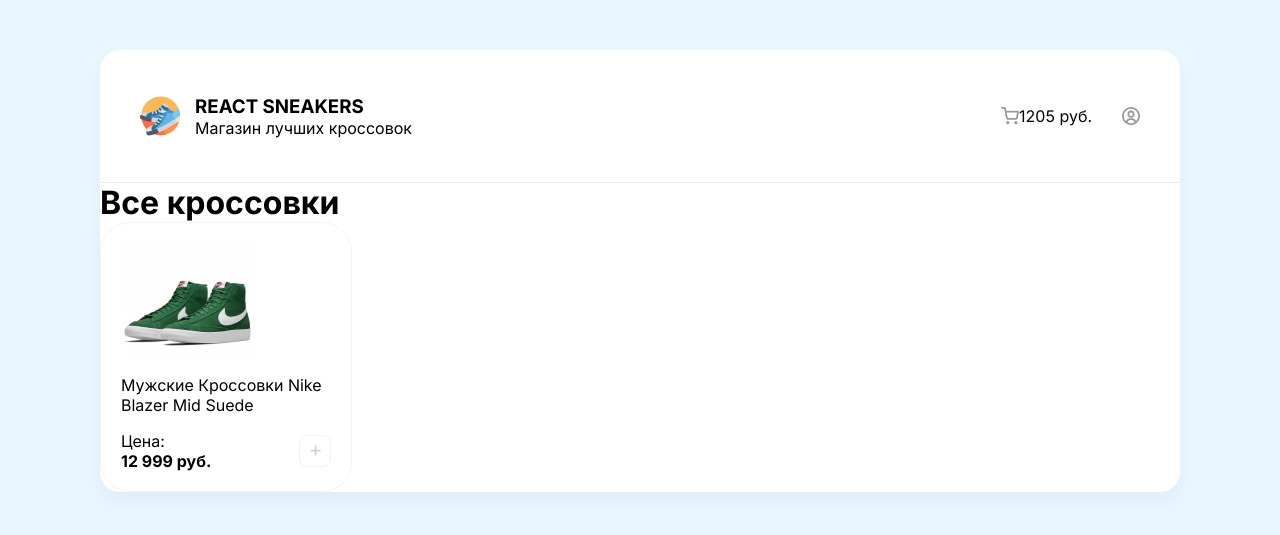
Repository: VaheHarutyunyan/react-sneakers
Page: /
An editor plug-in stored every save of this project. The page is shown before and after the next save, followed by the edit.
The browser window is 1280 px wide. The pictures show the whole page.
The project was rebuilt for these pictures with package versions that can differ from the ones it lists, and the page was loaded fresh each time.

Above is the page before, as saved 2021-07-22 13:44:06.

### public/index.html
<!DOCTYPE html>
<html lang="en">

<head>
  <meta charset="utf-8" />
  <link rel="icon" href="%PUBLIC_URL%/favicon.ico" />
  <meta name="viewport" content="width=device-width, initial-scale=1" />
  <meta name="theme-color" content="#000000" />
  <meta name="description" content="Web site created using create-react-app" />
  <link rel="apple-touch-icon" href="%PUBLIC_URL%/logo192.png" />
  <!--
      manifest.json provides metadata used when your web app is installed on a
      user's mobile device or desktop. See https://developers.google.com/web/fundamentals/web-app-manifest/
    -->
  <link rel="manifest" href="%PUBLIC_URL%/manifest.json" />
  <!--
      Notice the use of %PUBLIC_URL% in the tags above.
      It will be replaced with the URL of the `public` folder during the build.
      Only files inside the `public` folder can be referenced from the HTML.

      Unlike "/favicon.ico" or "favicon.ico", "%PUBLIC_URL%/favicon.ico" will
      work correctly both with client-side routing and a non-root public URL.
      Learn how to configure a non-root public URL by running `npm run build`.
    -->
  <link rel="preconnect" href="https://fonts.googleapis.com">
  <link rel="preconnect" href="https://fonts.gstatic.com" crossorigin>
  <link href="https://fonts.googleapis.com/css2?family=Inter:wght@400;500;600;700;800&display=swap" rel="stylesheet">
  <title>React Sneakers</title>
</head>

<body>
  <noscript>You need to enable JavaScript to run this app.</noscript>
  <div id="root"></div>
  <!--
      This HTML file is a template.
      If you open it directly in the browser, you will see an empty page.

      You can add webfonts, meta tags, or analytics to this file.
      The build step will place the bundled scripts into the <body> tag.

      To begin the development, run `npm start` or `yarn start`.
      To create a production bundle, use `npm run build` or `yarn build`.
    -->
</body>

</html>

### src/index.scss
// @import url('https://fonts.googleapis.com/css2?family=Inter:wght@400;500;600;700;800&display=swap');

body {
  margin: 0;
  font-family:'Inter', system-ui;
  -webkit-font-smoothing: antialiased;
  -moz-osx-font-smoothing: grayscale;
  background: #E7F6FF;
}
*{
  list-style: none;
  text-decoration: none;
}
.wrapper{
  background: #FFFFFF;
  box-shadow: 0px 10px 20px rgba(0, 0, 0, 0.04);
  border-radius: 20px;
  max-width: 1080px;
  margin: 50px auto;
}
header{
  display: flex;
  justify-content: space-between;
  align-items: center;
  padding: 40px;
  border-bottom: 1px solid #EAEAEA;

  .headerLeft{
    display: flex;
    align-items: center;

    img{
      margin-right: 15px;
    }
    h3,p{
      margin: 0;
    }
    .headerInfo{
      h3{
        text-transform: uppercase;
      }
    }
  }
  .headerRight{
    display: flex;
    li{
      display: flex;
      align-items: center;
    }
    .chart{
      margin-right: 30px;
    }
  }
}
.content{
  h1{
    margin: 0;
  }
}

.card{
  border:1px solid #f3f3f3;
  padding: 20px;
  width: 210px;
  border-radius: 30px;
  .cardBottom{
    display: flex;
    justify-content: space-between;
    align-items: center;
    .cardBottomPrice{
      display: flex;
      flex-direction: column;
    }
    .button{
      background: #FFFFFF;
      border: 1px solid #F2F2F2;
      box-sizing: border-box;
      border-radius: 8px;
      width: 32px;
      height: 32px;
      cursor:pointer;
    }

  }
}

### src/App.js

function App() {
  return (
    <div className="wrapper">
      <header>
        <div className="headerLeft">
          <img width="40" height="40" src="/img/logo.png" alt="logo" />
          <div className="headerInfo">
            <h3>REACT SNEAKERS</h3>
            <p>Магазин лучших кроссовок</p>
          </div>
        </div>
        <ul className="headerRight">
          <li className="chart">
            <img src="/img/cart.svg" width={18} height={18} alt="" />
            <span>1205 руб.</span>
          </li>
          <li>
            <img src="/img/user.svg" width={18} height={18} alt="" />
          </li>
        </ul>
      </header>
      <div className="content">
        <h1>Все кроссовки</h1>
        <div className="card">
          <img src="img/1.jpg" width={133} height={112} alt="" />
          <p>Мужские Кроссовки Nike Blazer Mid Suede</p>
          <div className="cardBottom">
            <div className="cardBottomPrice">
              <span>Цена:</span>
              <b>12 999 руб.</b>
            </div>
            <button className="button">
              <img src="/img/plus.svg" alt="" height={11} width={11} />
            </button>
          </div>
        </div>
      </div>
    </div>
  );
}

export default App;

Loaded but not shown: src/index.js (common file)

After the next save:
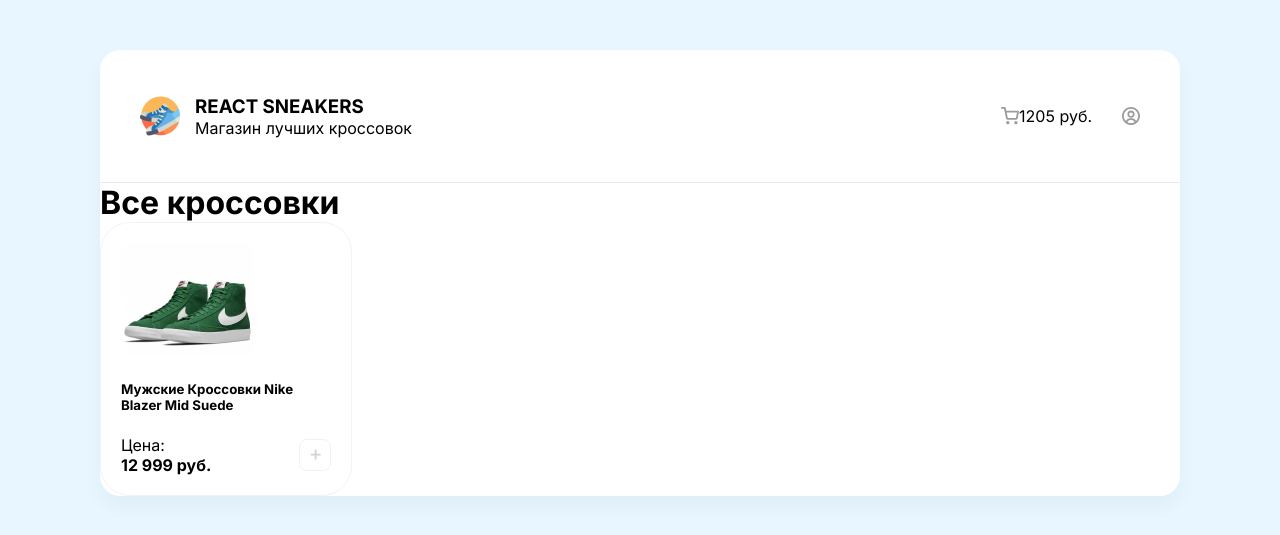
Saved 40 s later.
--- a/src/App.js
+++ b/src/App.js
@@ -24,7 +24,7 @@
         <h1>Все кроссовки</h1>
         <div className="card">
           <img src="img/1.jpg" width={133} height={112} alt="" />
-          <p>Мужские Кроссовки Nike Blazer Mid Suede</p>
+          <h5>Мужские Кроссовки Nike Blazer Mid Suede</h5>
           <div className="cardBottom">
             <div className="cardBottomPrice">
               <span>Цена:</span>
